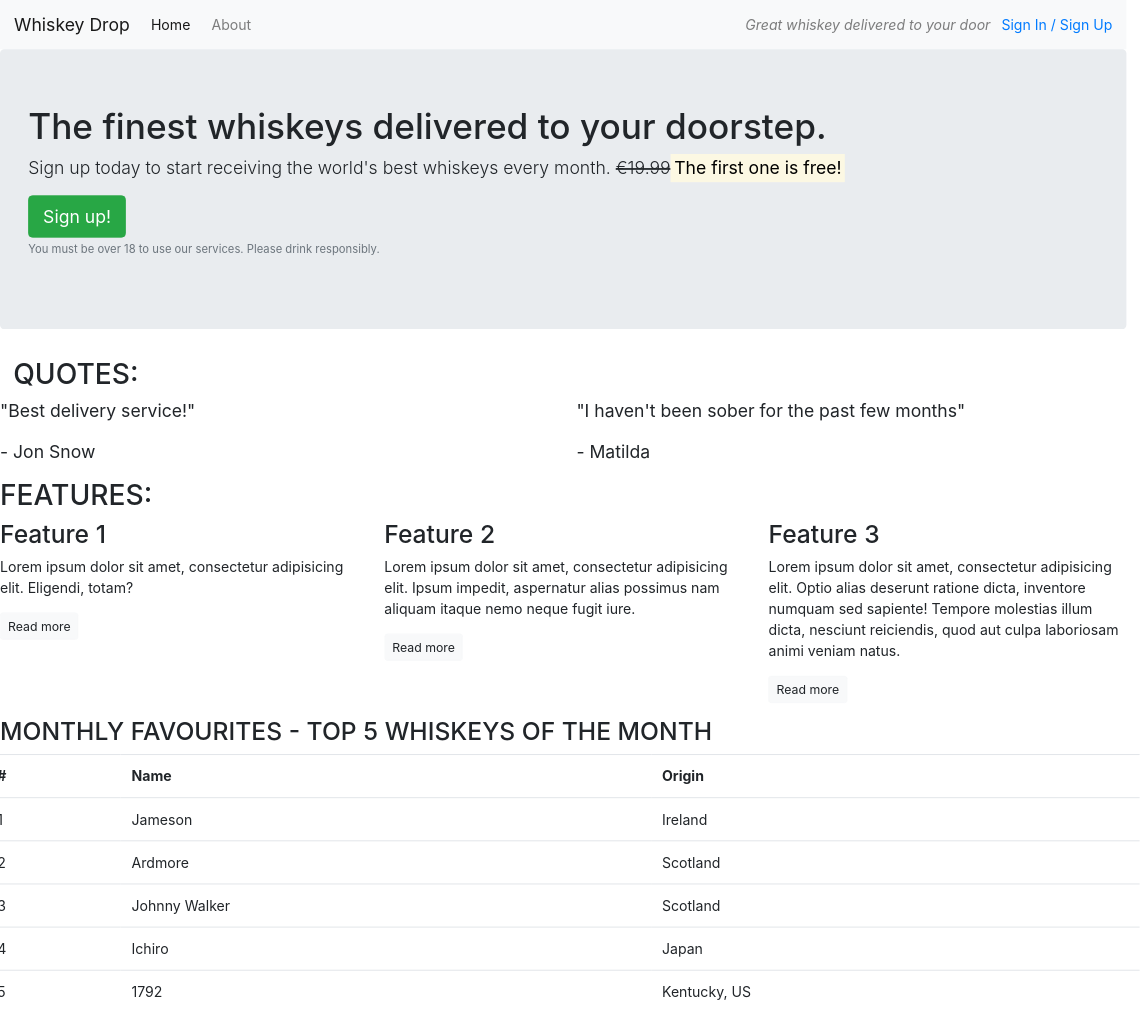
Repository: mkuti/Whiskey_website_using_Bootstrap
Page: index.html
The author's editor kept a record of every edit. The page is drawn from the files as they stood at one moment, then again after the next edit.
The browser window is 1280 px wide. The page is 1295 px wide, so the pictures cover 1295 px, including what lies to the right of the window. The pictures show the whole page, at 88% of full size.

Above is the page before.

After the next edit:
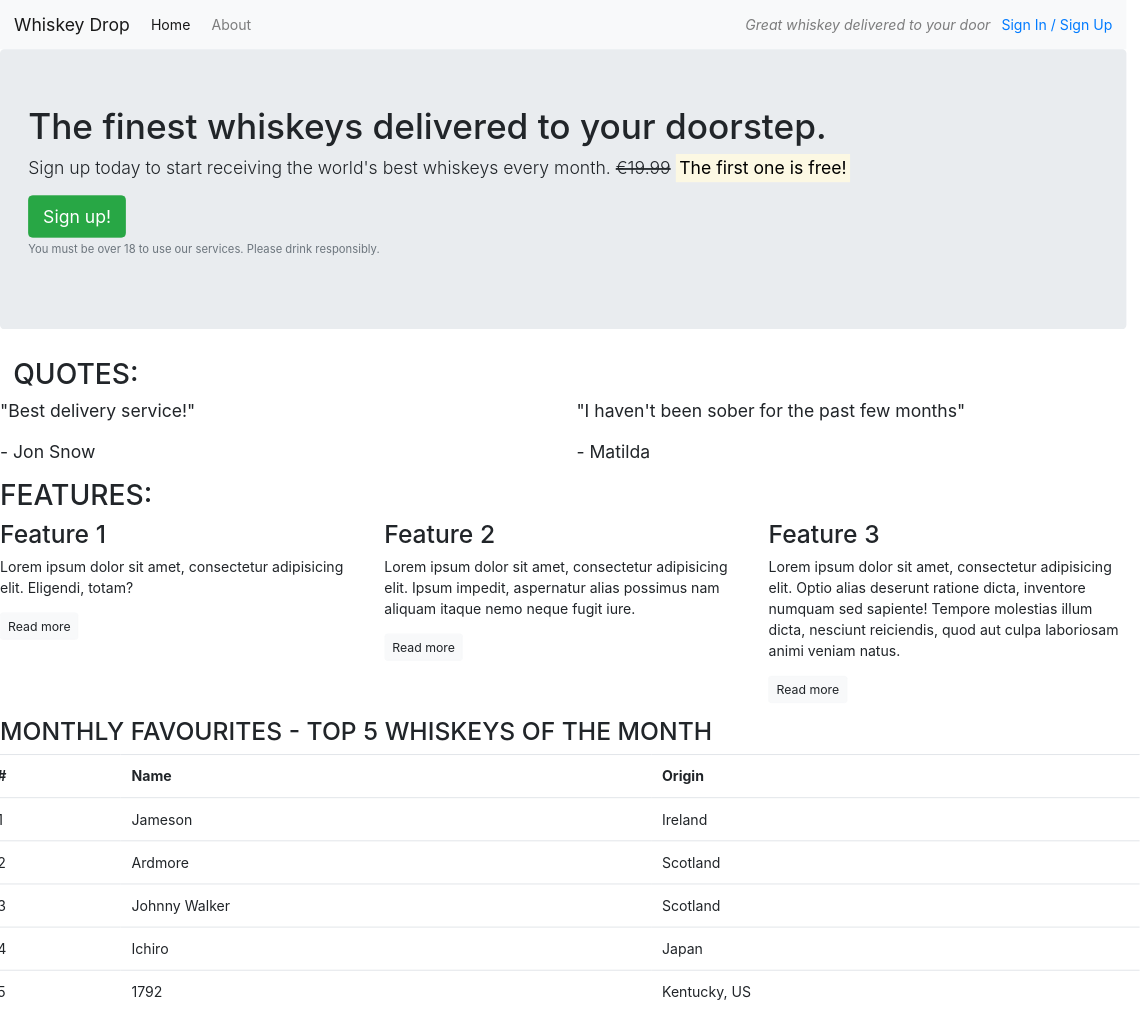
The edit:
--- a/index.html
+++ b/index.html
@@ -33,7 +33,9 @@
             <div class="col-12">
                 <section class="callout jumbotron">
                     <h1>The finest whiskeys delivered to your doorstep.</h1>
-                    <p class="lead">Sign up today to start receiving the world's best whiskeys every month. <s>€19.99</s><strong><mark>The first one is free!</mark></strong></p>
+                    <p class="lead">Sign up today to start receiving the world's best whiskeys every month. <s class="d-none d-sm-inline">€19.99</s>
+                    <span class="d-inline d-sm-none"><br></span>
+                    <strong><mark>The first one is free!</mark></strong></p>
                     <button class="btn btn-success btn-lg">Sign up!</button>
                     <p class="text-muted"><small>You must be over 18 to use our services. Please drink responsibly.</small></p>
                 </section>
